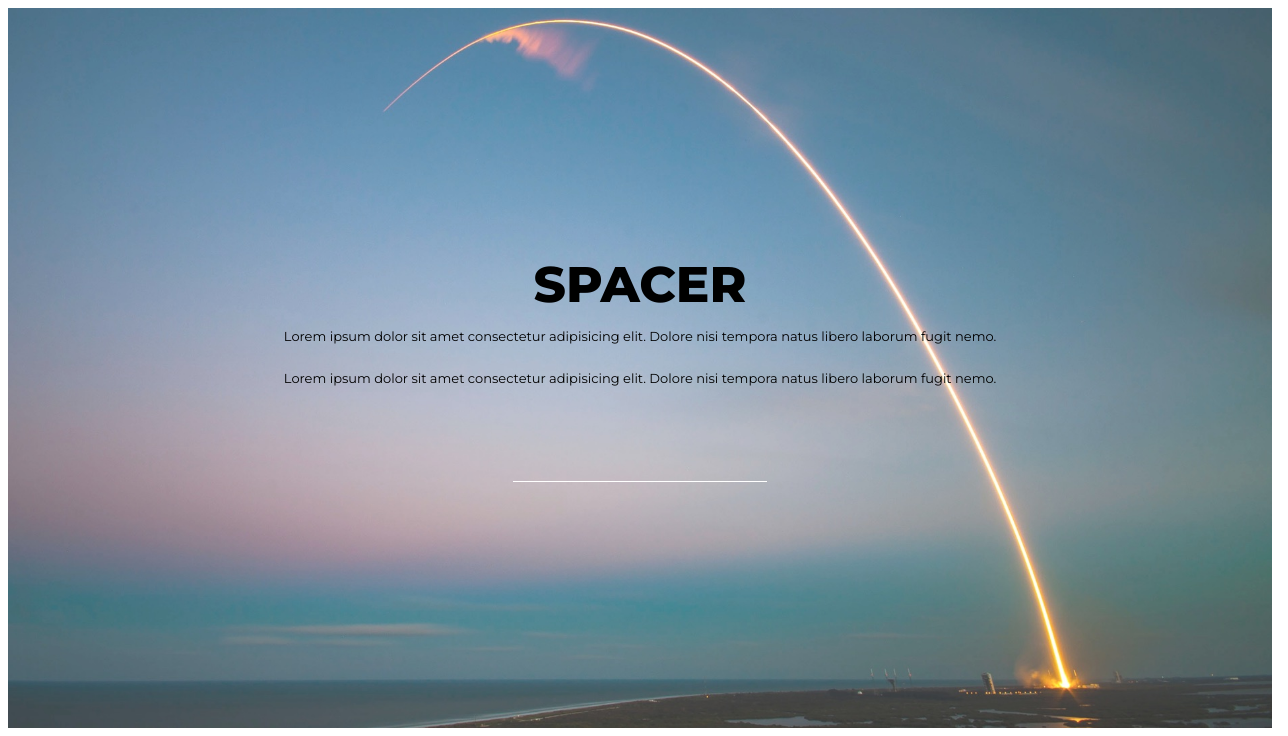
Repository: Trelefele/spacer-roman
Page: /
An editor plug-in stored every save of this project. The page is shown before and after the next save, followed by the edit.
The browser window is 1280 px wide. The page is 1280 px wide, then 1288 px, so the pictures cover 1288 px, including what lies to the right of the window. The pictures show the whole page.
The project was rebuilt for these pictures with package versions that can differ from the ones it lists, and the page was loaded fresh each time.

Above is the page before, as saved 2019-02-03 19:41:55.

### public/index.html
<!DOCTYPE html>
<html lang="en">
  <head>
    <meta charset="utf-8">
    <meta http-equiv="X-UA-Compatible" content="IE=edge">
    <meta name="viewport" content="width=device-width,initial-scale=1.0">
    <link rel="icon" href="<%= BASE_URL %>favicon.ico">
    <!-- <script src="https://unpkg.com/axios/dist/axios.min.js"></script> -->
    <title>spacer-roman</title>
  </head>
  <body>
    <noscript>
      <strong>We're sorry but spacer-roman doesn't work properly without JavaScript enabled. Please enable it to continue.</strong>
    </noscript>
    <div id="app"></div>
    <!-- built files will be auto injected -->
  </body>
</html>

### src/App.vue
<template>
  <div class="app">
    <router-view/>
  </div>
</template>

<style lang="scss" scoped >
@import url('https://fonts.googleapis.com/css?family=Montserrat:300,400,600,800');

* {
  box-sizing: border-box;
  font-family: 'Montserrat', sans-serif;
  margin: 0;
  padding: 0;
}

</style>

### src/router.js
import Vue from 'vue';
import Router from 'vue-router';
// import Claim from './components/Claim.vue';
import Search from './views/Search.vue';
// import SearchInput from './components/SearchInput.vue';


Vue.use(Router);

export default new Router({
//   mode: 'history',
//   base: process.env.BASE_URL,
  routes: [
    {
      path: '/',
      name: 'Search',
      component: Search,
    },
  ],
});

### src/views/Search.vue
<template>
  <div class="searchWrapper">
    <Claim/>
    <SearchInput/>
  </div>
</template>

<script>
import axios from 'axios';
import debounce from 'lodash.debounce';
import Claim from '@/components/Claim.vue';
import SearchInput from '@/components/SearchInput.vue';

const API = 'https://images-api.nasa.gov/search';

export default {
  name: 'Search',
  components: {
    Claim,
    SearchInput,
  },
  data() {
    return {
      searchValue: '',
      results: [],
    };
  },
  methods: {
    // eslint-disable-next-line
    handleInput: debounce(function(){
      axios.get(`${API}?q=${this.searchValue}&media_type=image`)
        .then((response) => {
          // this.results = response.data.collection.items;
          this.results = response.data.collection.items;
        })
        .catch((error) => {
          console.log(error);
        });
    }, 500),
  },
};
</script>

<style lang="scss" scoped>
    .searchWrapper {
        margin: 0;
        width: 100%;
        height: 100vh;
        padding: 30px;
        display: flex;
        flex-direction: column;
        align-items: center;
        justify-content: center;
        background-image: url('../assets/heroimage.jpg');
        background-repeat: no-repeat;
        background-size: cover;
        background-position: 80%, 0%;
    }
</style>

### src/components/Claim.vue
<template>
    <div class="claimWrapper">
        <h1 class="claim">SPACER</h1>
        <p class="subclaim">
            Lorem ipsum dolor sit amet consectetur adipisicing elit.
            Dolore nisi tempora natus libero laborum fugit nemo.
        </p>
        <p class="subclaim">
            Lorem ipsum dolor sit amet consectetur adipisicing elit.
            Dolore nisi tempora natus libero laborum fugit nemo.
        </p>
    </div>
</template>

<script>

export default {
  name: 'Claim',
};

</script>

<style lang="scss" scoped>

.claimWrapper{
    display: flex;
    flex-direction: column;
    justify-content: center;
    align-items: center;
    margin:0;
}

.claim{
    font-size: 50px;
    margin: 0;
}

.subclaim{
    padding: 0 0 0 0;
    font-size: 13px;
}
</style>

### src/components/SearchInput.vue
<template>
  <input
    id="search"
    name="search"
    :class="{ dark }"
    @input="handleChange"
  />
</template>
<script>
export default {
  name: 'SearchInput',
  props: {
    // value: {
    //   type: String,
    //   required: true,
    // },
    dark: {
      type: Boolean,
      default: false,
    },
  },
  methods: {
    handleChange(e) {
      this.$emit('input', e.target.value);
    },
  },
};
</script>
<style lang="scss" scoped>
  input {
    margin-top: 50px;
    display: flex;
    width: 250px;
    color: white;
    text-align: center;
    font-size: 18px;
    font-weight: 300;
    height: 30px;
    border: 0;
    background: none;
    border-bottom: 1px solid white;
    transition: box-shadow .3s ease-out;

    @media (min-width: 1024px) {
      font-weight: 400;
    }
  }

  input:focus {
    outline: none;
    box-shadow: 0 10px 20px -8px rgba(255,255,255, .5);
  }

  .dark {
    color: #1e3d4a;
    border-bottom-color: #1e3d4a;
  }

  .dark:focus {
    box-shadow: 0 10px 20px -8px rgba(#1e3d4a, .2);
  }
</style>

Loaded but not shown: src/main.js (common file)

After the next save:
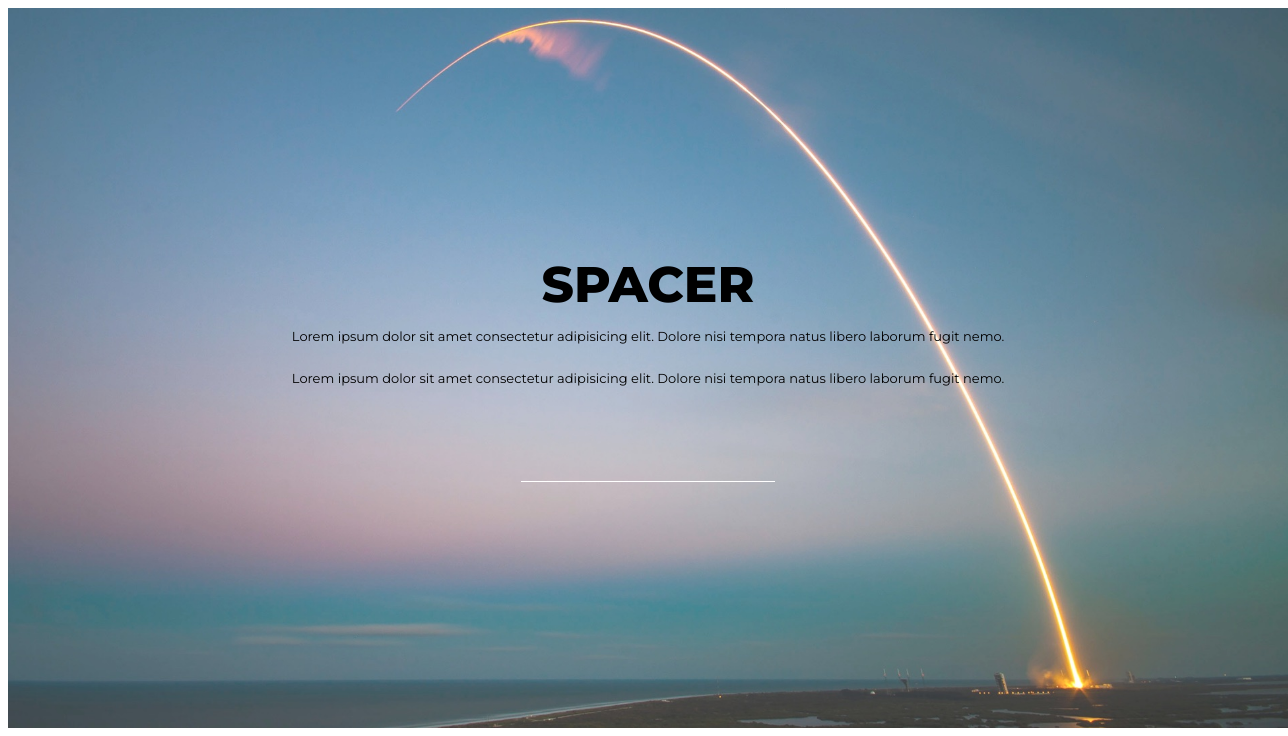
Saved 37 s later.
--- a/src/App.vue
+++ b/src/App.vue
@@ -12,6 +12,8 @@
   font-family: 'Montserrat', sans-serif;
   margin: 0;
   padding: 0;
+  width:100vw;
+  height: 100vh;
 }
 
 </style>
